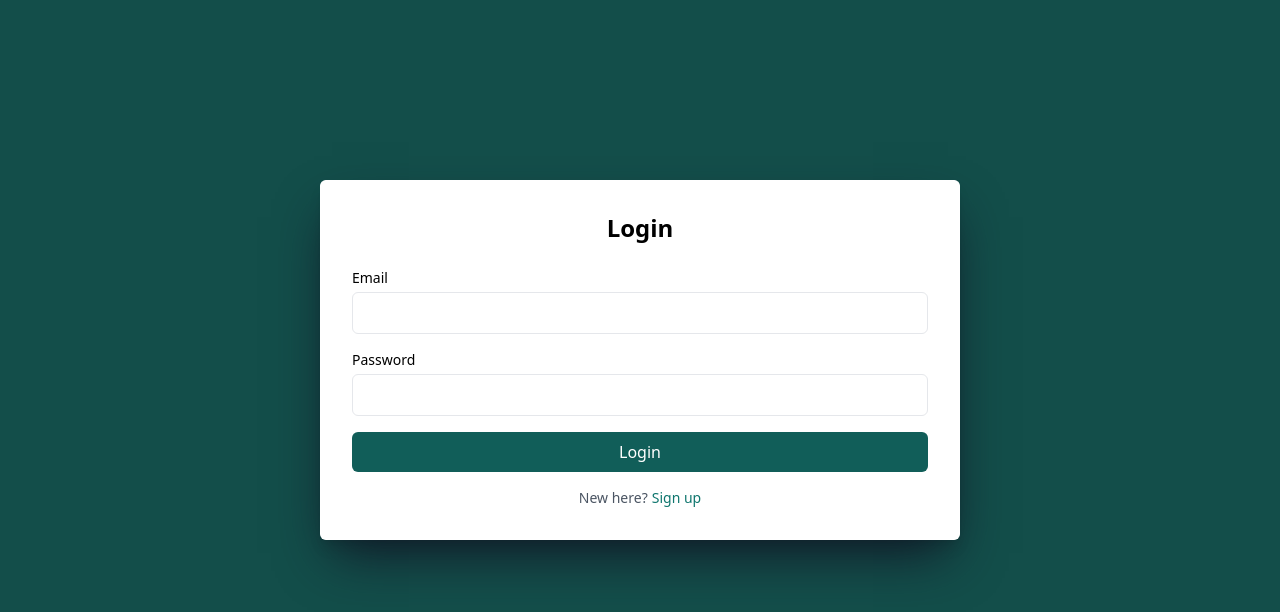
Repository: alizey12/POS-React-website
Page: /
The author's editor kept a copy of each file at every save. The page is drawn from the files as they stood at one save, then again after a run of saves.
The browser window is 1280 px wide. The pictures show the whole page.
The project was rebuilt for these pictures with package versions that can differ from the ones it lists, and the page was loaded fresh each time. Also part of the build but not shown: vite.config.js, src/navbar.jsx, src/sidebar.jsx, src/Dashboard.jsx.

Above is the page before, as saved 2024-12-31 15:53:17.

### src/App.jsx
import { BrowserRouter as Router, Routes, Route } from 'react-router-dom';
import LoginPage from "./login"
import Dashboard from './Dashboard';

function App() {
  return (
    <Router>
      <Routes>
        <Route path="/" element={<LoginPage />} />
        <Route path="/dashboard" element={<Dashboard />} />
      </Routes>
    </Router>
  );
}

export default App;

### src/login.jsx
import { useState } from 'react';
import toast, { Toaster } from 'react-hot-toast';
import { useNavigate } from 'react-router-dom';

const SignupLogin = () => {
  const [isLogin, setIsLogin] = useState(true);
  const [formData, setFormData] = useState({
    email: '',
    password: '',
    confirmPassword: '',
    Role:''

  });
  const [errors, setErrors] = useState({});
  const [storedUser, setStoredUser] = useState(null);
  const navigate = useNavigate();

  const toggleForm = () => setIsLogin(!isLogin);

  const handleChange = (e) => {
    const { name, value } = e.target;
    setFormData({ ...formData, [name]: value });
    setErrors({ ...errors, [name]: '' }); // Clear error on change
  };

  const validateForm = () => {
    const newErrors = {};
    if (!formData.email) newErrors.email = 'Please enter email';
    if (!formData.password) newErrors.password = 'Please enter password';
    if (!isLogin && formData.password !== formData.confirmPassword) {
      newErrors.confirmPassword = 'Passwords do not match';
    }
    setErrors(newErrors);
    return Object.keys(newErrors).length === 0;
  };

  const handleSubmit = (e) => {
    e.preventDefault();
    if (!validateForm()) return;

    const { email, password } = formData;

    if (isLogin) {
      if (storedUser && email === storedUser.email && password === storedUser.password) {
        toast.success('Login successful!');
        setTimeout(() => navigate('/dashboard'), 1500);
      } else {
        toast.error('Your email or password is incorrect. Please try again.');
      }
    } else {
      setStoredUser({ email, password });
      toast.success('Signup successful!');
      setTimeout(() => setIsLogin(true), 1500);
    }
  };

  return (
    <div className="flex items-center justify-center min-h-screen bg-teal-900 to-yellow-500">
      <div className=" bg-white w-1/3 md:w-1/2 over shadow-lg rounded-lg">

        <div className="w-full bg-white rounded-md shadow-gray-900 shadow-2xl p-8 justify-center">
          <h2 className="text-2xl font-bold text-center ">
            {isLogin ? 'Login' : 'Sign Up'}
          </h2>
          <form onSubmit={handleSubmit} className="mt-6 space-y-4">
            <div>
              <label className="block text-sm font-medium ">Email</label>
              <input
                type="email"
                name="email"
                value={formData.email}
                onChange={handleChange}
                className="mt-1 block w-full p-2 border rounded-md focus:outline-none focus:ring-blue-500 focus:border-blue-500"
              />
              {errors.email && <p className="text-red-500 text-sm mt-1">{errors.email}</p>}
            </div>
            <div>
              <label className="block text-sm font-medium ">Password</label>
              <input
                type="password"
                name="password"
                value={formData.password}
                onChange={handleChange}
                className="mt-1 block w-full p-2 border rounded-md focus:outline-none focus:ring-blue-500 focus:border-blue-500"
              />
              {errors.password && <p className="text-red-500 text-sm mt-1">{errors.password}</p>}
            </div>
            {!isLogin && (
              <><div>
                <label className="block text-sm font-medium ">Confirm Password</label>
                <input
                  type="password"
                  name="confirmPassword"
                  value={formData.confirmPassword}
                  onChange={handleChange}
                  className="mt-1 block w-full p-2 border rounded-md focus:outline-none focus:ring-blue-500 focus:border-blue-500" />
                {errors.confirmPassword && <p className="text-red-500 text-sm mt-1">{errors.confirmPassword}</p>}
              </div><div>
                  <label className="block text-sm font-medium "> Role</label>
                  <input
                    type="Role"
                    name="Role"
                    value={formData.Role}
                    onChange={handleChange}
                    className="mt-1 block w-full p-2 border rounded-md focus:outline-none focus:ring-blue-500 focus:border-blue-500" />
                  {errors.Role && <p className="text-red-500 text-sm mt-1">{errors.Role}</p>}
                </div></>
            )}
            <button
              type="submit"
              className="w-full bg-teal-800 text-white p-2 rounded-md hover:bg-teal-600 focus:outline-none focus:ring-2 focus:ring-blue-500 focus:ring-offset-2"
            >
              {isLogin ? 'Login' : 'Sign Up'}
            </button>
          </form>
          <p className="text-center text-sm text-gray-600 mt-4">
            {isLogin ? 'New here?' : 'Already have an account?'}
            <button
              type="button"
              onClick={toggleForm}
              className="ml-1 text-teal-700 hover:underline"
            >
              {isLogin ? 'Sign up' : 'Login'}
            </button>
          </p>
        </div>
      </div>
      <Toaster />
    </div>
  );
};

export default SignupLogin;

Loaded but not shown: index.html (common file); src/main.jsx (common file); src/index.css (common file); tailwind.config.js (common file)

After the next 3 saves:
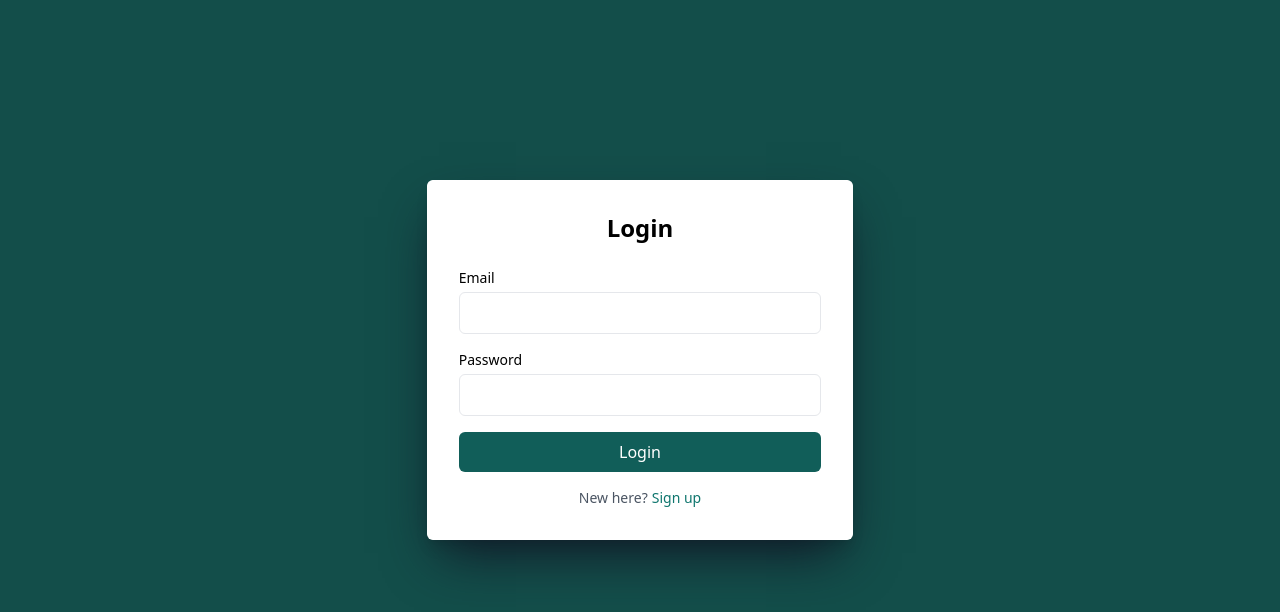
The 3 saves are shown as one change because they came seconds apart.
The last was saved 7 s later.
--- a/src/login.jsx
+++ b/src/login.jsx
@@ -56,7 +56,7 @@ const SignupLogin = () => {
 
   return (
     <div className="flex items-center justify-center min-h-screen bg-teal-900 to-yellow-500">
-      <div className=" bg-white w-1/3 md:w-1/2 over shadow-lg rounded-lg">
+      <div className=" bg-white w-1/3 shadow-lg rounded-lg">
 
         <div className="w-full bg-white rounded-md shadow-gray-900 shadow-2xl p-8 justify-center">
           <h2 className="text-2xl font-bold text-center ">
